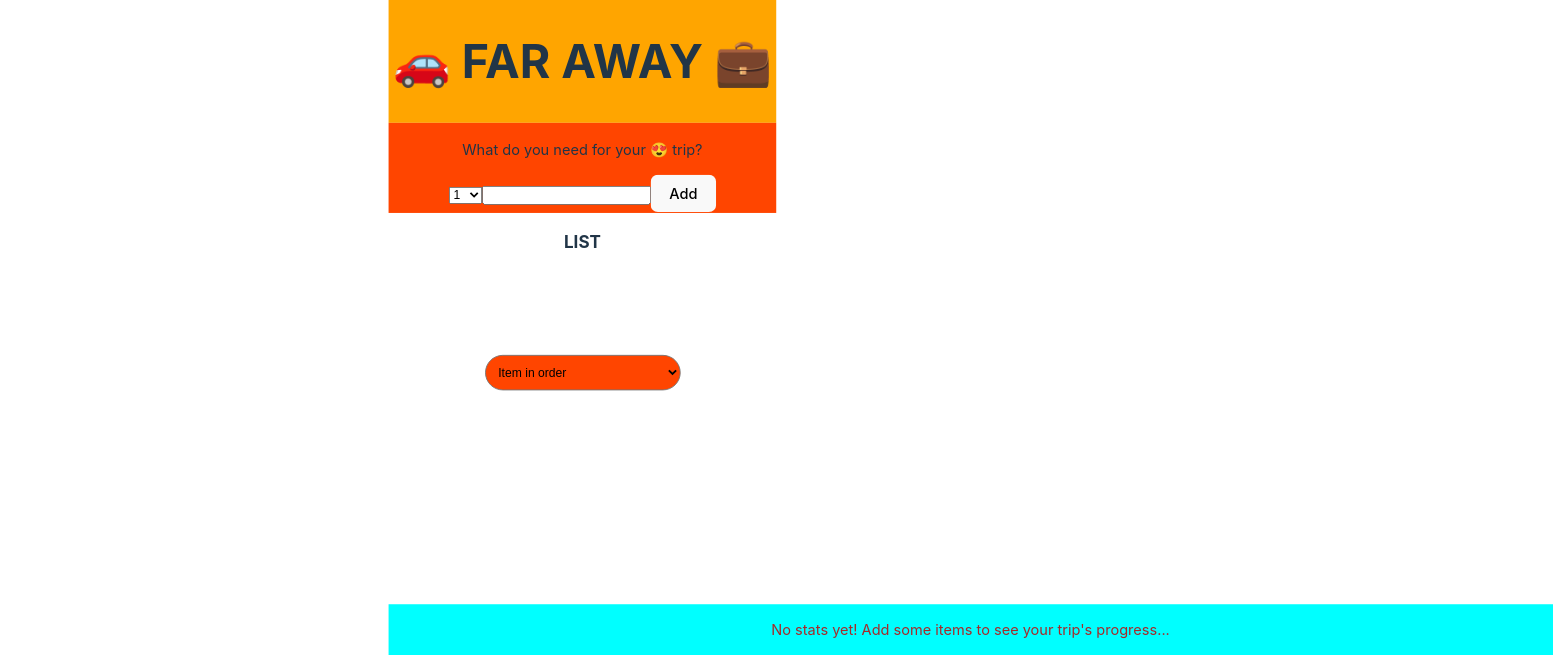
Repository: Celebration-cloud/Trip-Add-To-List
Page: /
An editor plug-in stored every save of this project. The page is shown before and after a run of saves, followed by the edit.
The browser window is 1280 px wide. The page is 1707 px wide, so the pictures cover 1707 px, including what lies to the right of the window. The pictures show the whole page, at 91% of full size.
The project was rebuilt for these pictures with package versions that can differ from the ones it lists, and the page was loaded fresh each time. Also part of the build but not shown: vite.config.js.

Above is the page before, as saved 2023-10-29 16:17:26.

### src/App.jsx
import './App.css'
import TripList from './Trip-List/TripList'

function App() {

  return (
    <>
    <TripList/>
    </>
  )
}

export default App

### src/App.css
#root {
  margin: 0;
  padding: 0;
  text-align: center;
}

.logo {
  height: 6em;
  padding: 1.5em;
  will-change: filter;
  transition: filter 300ms;
}
.logo:hover {
  filter: drop-shadow(0 0 2em #646cffaa);
}
.logo.react:hover {
  filter: drop-shadow(0 0 2em #61dafbaa);
}

@keyframes logo-spin {
  from {
    transform: rotate(0deg);
  }
  to {
    transform: rotate(360deg);
  }
}

@media (prefers-reduced-motion: no-preference) {
  a:nth-of-type(2) .logo {
    animation: logo-spin infinite 20s linear;
  }
}

.card {
  padding: 2em;
}

.read-the-docs {
  color: #888;
}

### src/Trip-List/TripList.jsx
/* eslint-disable react/no-unescaped-entities */
/* eslint-disable react/prop-types */
import { useState } from "react";
import './TripList.css'
function TripList() {
  const [addItem, setAddItem] = useState([]);

  const handleAddItem = (item) => {
    setAddItem((items) => [...items, item]);
  };
  const handleRemoveItem = (id) =>{
    setAddItem(items => items.filter(p => p.id !== id))
  }
  const handleChecked = (id) => {
    setAddItem(items => items.map(item => item.id === id ? {...item, packed: !item.packed} : item));
  };
  return (
    <div>
      <TripHead/>
      <TripForm handleAddItem={handleAddItem}/>
      <TripListForm addItem={addItem} remove={handleRemoveItem} check={handleChecked}/>
      <TripStats stats={addItem}/>
    </div>
  )
}

export default TripList

function TripHead() {
  return (
    <div style={{backgroundColor: "orange", padding: "5px"}}>
      <h1 style={{fontFamily: "inherit"}}>🚗 FAR AWAY 💼</h1>
    </div>
  )
}

function TripForm({handleAddItem}) {
  const [item, setItem] = useState({description: "", quantity: 1})

  const handleSubmit = (e) =>{
    e.preventDefault();
    if (!item.description) return;

    const newItem = {
      des: item.description,
      amount: item.quantity,
      packed: false,
      id: Date.now(),
    };

    handleAddItem(newItem);
    setItem({ description: "", quantity: 1 });
  }
  const handleInput = (e) =>{
    setItem(prev => ({...prev, description: e.target.value}))
  }
  const handleOption = (e) =>{
    setItem(prevState => ({...prevState,quantity: Number(e.target.value)}))
  }
  return (
    <div style={{ backgroundColor: "orangered", padding: "1px" }}>
      <form onSubmit={handleSubmit}>
        <span>
          <p>What do you need for your 😍 trip?</p>
          <select onChange={handleOption} value={item.quantity}>
            {Array.from({ length: 10 }, (_, i) => i + 1).map((num) => (
              <option value={num} key={num}>
                {num}
              </option>
            ))}
          </select>
          <input onChange={handleInput} value={item.description}></input>
          <button type="submit">Add</button>
        </span>
      </form>
    </div>
  );
}

function TripListForm({addItem, remove, check}) {
  const [sort, setSort] = useState("input")
  const sortingBy = (e) => {
    setSort(e.target.value);
  };
  let sorting;
  if (sort === "input") sorting = addItem;
  if (sort === "checked")
    sorting = addItem.slice().sort((a, b) => a.des.localeCompare(b.des));
  if (sort === "order")
    sorting = addItem
      .slice()
      .sort((a, b) => Number(a.packed) - Number(b.packed));

  return (
    <>
      <h3>LIST</h3>
      <ul style={{ listStyleType: "none" }}>
        <li>
          {sorting?.map((item) => (
            <>
              <input
                type="checkbox"
                value={item.packed}
                onChange={() => check(item.id)}
              />
              <span
                key={item.id}
                style={item.packed ? { textDecoration: "line-through" } : {}}
              >
                {item.amount}-{item.des}
              </span>
              <button onClick={() => remove(item.id)}>
                🚩
              </button>
            </>
          ))}
        </li>
      </ul>
      <div>
        <select onChange={sortingBy} value={sort} style={{padding: "10px 100px 10px 10px", marginTop: "90px", backgroundColor: "orangered", borderRadius: "20px"}}>
          <option value="input" style={{marginRight: "5px", backgroundColor: "brown" }}>Item in order</option>
          <option value="checked" style={{marginRight: "5px"}}>Checked Item</option>
          <option value="order" style={{marginRight: "5px"}}>Split Item</option>
        </select>
      </div>
    </>
  );
}

function TripStats({stats}) {
  if(!stats.length)
  return (
    <footer className="static"
      style={{
        position: "absolute",
        backgroundColor: "aqua",
        color: "brown",
        bottom: "-0%",
        width: "100%",
      }}
    >
      <p>No stats yet! Add some items to see your trip's progress...</p>
    </footer>
  );
  const total = stats.length
  const packed= stats.filter(items => items.packed).length
  const percent = Math.round((packed / total) * 100)
  return (
    <>
      {percent === 100 ? (
        <footer
          style={{
            position: "absolute",
            backgroundColor: "aqua",
            color: "brown",
            bottom: "-0%",
            width: "100%",
          }}
        >
          <p>You have Completed the List✈</p>
        </footer>
      ) : (
        <footer
          style={{
            position: "absolute",
            backgroundColor: "aqua",
            color: "brown",
            bottom: "-0%",
            width: "100%",
          }}
        >
          <p>
            You have {total} items on your list, and already packed {packed} (
            {percent}%)
          </p>
        </footer>
      )}
    </>
  );
}

### src/Trip-List/TripList.css
/* backgroundColor: "aqua",
            color: "brown",
            bottom: "0%",
            height: "30px",
            width: "100%", */
.static{
    backgroundColor: "aqua",
    color: brown,
            bottom: "0%",
            height: "30px",
            width: 100%;
            backgroun
}
.static{

}

Loaded but not shown: index.html (common file); src/main.jsx (common file); src/index.css (common file)

After the next 7 saves:
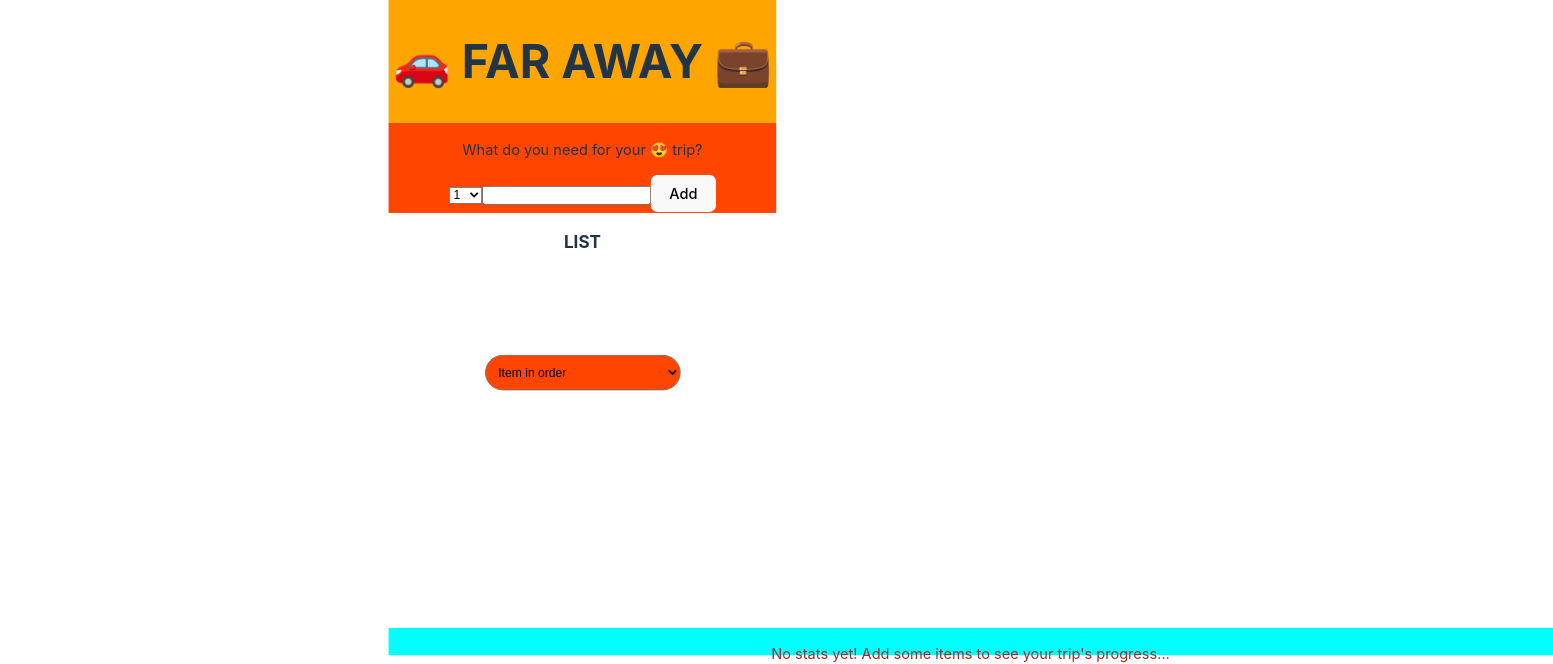
The 7 saves are shown as one change because they came seconds apart.
The last was saved 16 s later.
--- a/src/Trip-List/TripList.css
+++ b/src/Trip-List/TripList.css
@@ -6,8 +6,8 @@
 .static{
     backgroundColor: "aqua",
     color: brown,
-            bottom: "0%",
-            height: "30px",
+            bottom: 0%;
+            height: 30px;
             width: 100%;
             backgroun
 }
